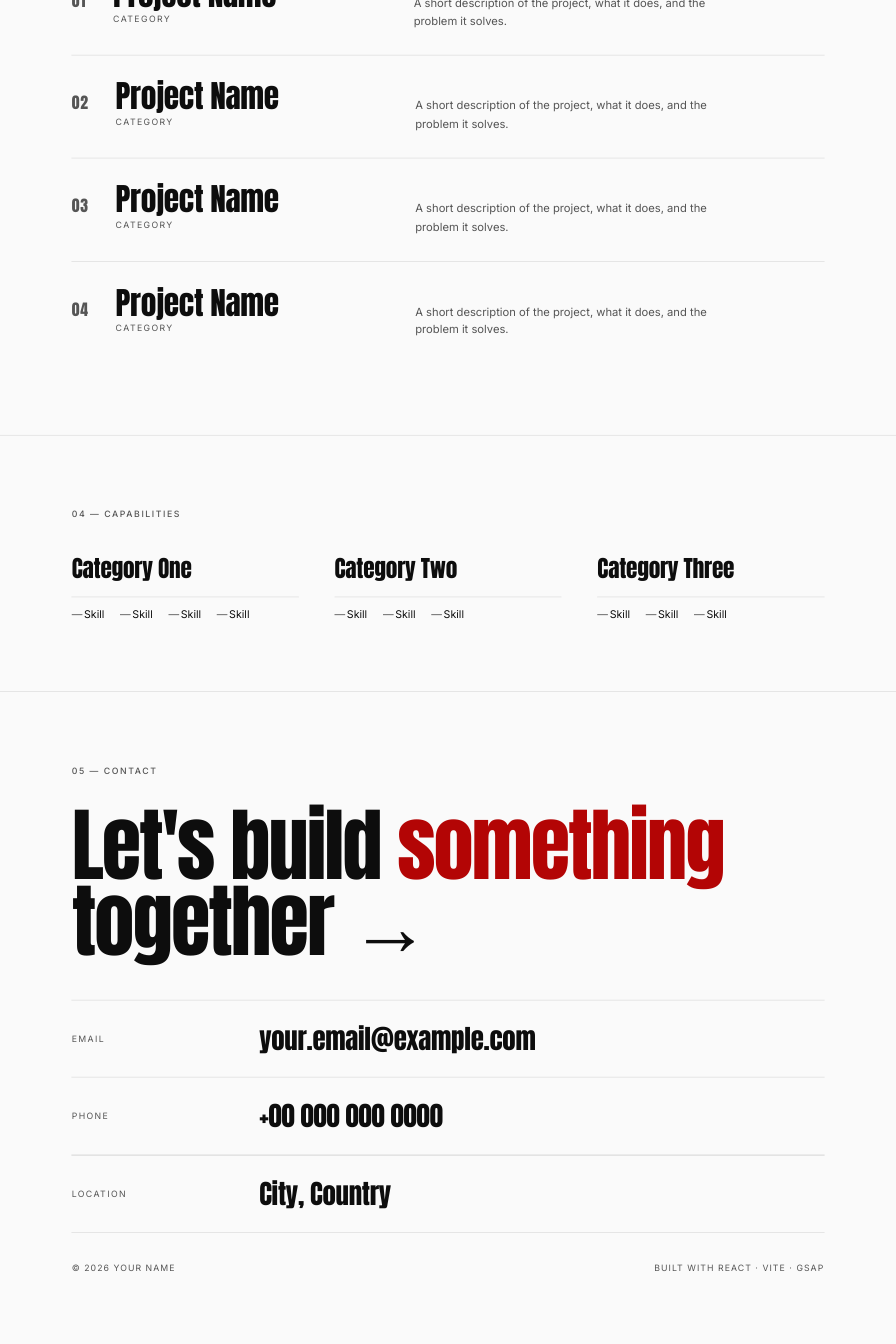
Repository: Ashok-B24/Dexter-portfolio
Page: /
These files come from the project's save history. The page is drawn as it stood at one moment and after the next save; the edit follows.
The browser window is 1280 px wide. The pictures show the part of the page from y = 2906 to 4826 px (the page is 4826 px tall), at 70% of full size.
The project was rebuilt for these pictures with package versions that can differ from the ones it lists, and the page was loaded fresh each time. Also part of the build but not shown: vite.config.js.

Above is the page before, as saved 2026-07-28 20:19:41.

After the next save:
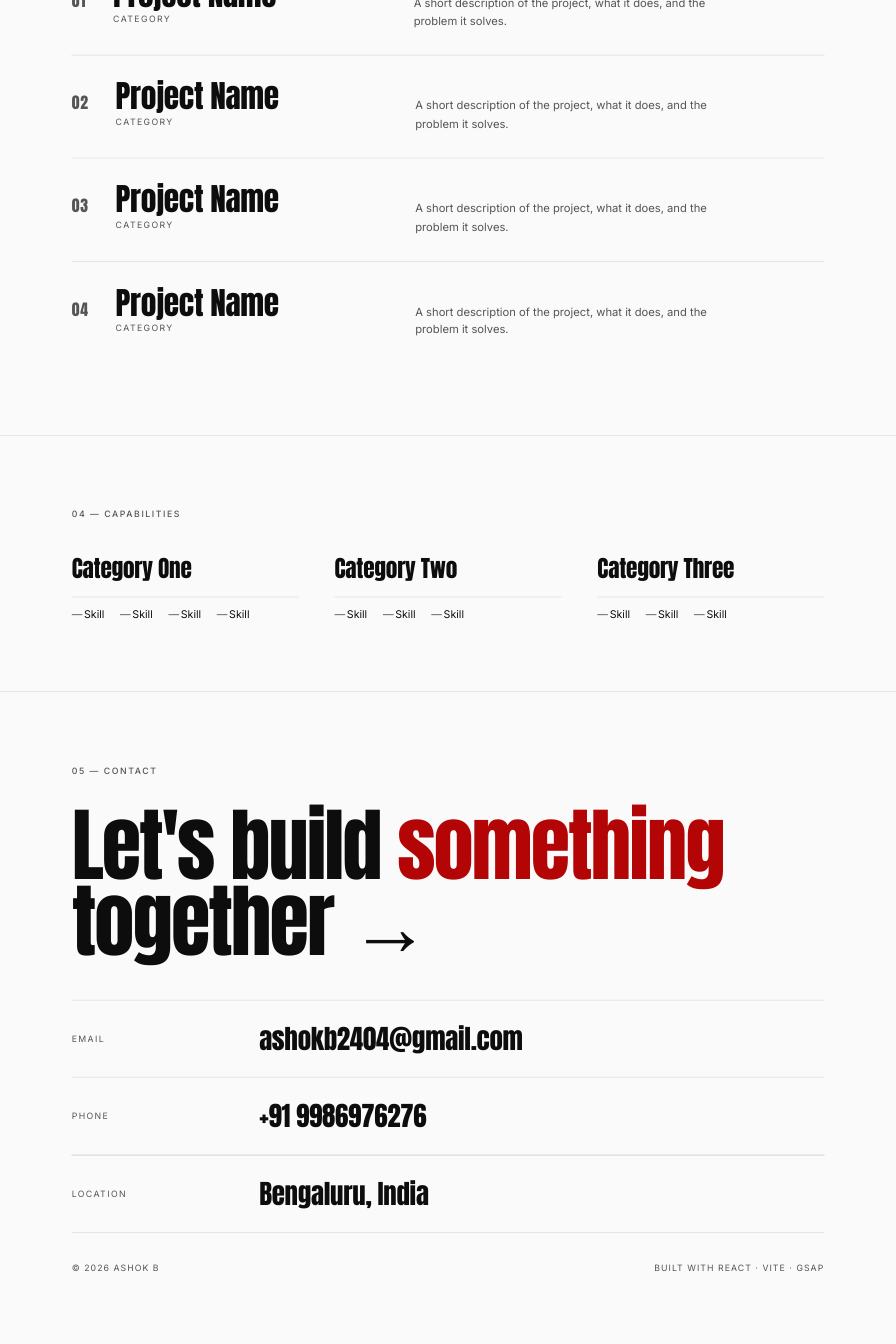
Saved 90 s later.
--- a/src/components/Contact.jsx
+++ b/src/components/Contact.jsx
@@ -12,22 +12,32 @@ export default function Contact() {
       </h2>
 
       <div className="contact__rows">
-        <a className="contact__row" href="mailto:" data-cursor="Email">
+        <a
+          className="contact__row"
+          href="mailto:ashokb2404@gmail.com"
+          data-cursor="Email"
+        >
           <span className="contact__key">Email</span>
-          <span className="contact__val">your.email@example.com</span>
+          <span className="contact__val">ashokb2404@gmail.com</span>
         </a>
-        <a className="contact__row" href="tel:" data-cursor="Call">
+
+        <a
+          className="contact__row"
+          href="tel:+919986976276"
+          data-cursor="Call"
+        >
           <span className="contact__key">Phone</span>
-          <span className="contact__val">+00 000 000 0000</span>
+          <span className="contact__val">+91 9986976276</span>
         </a>
+
         <div className="contact__row">
           <span className="contact__key">Location</span>
-          <span className="contact__val">City, Country</span>
+          <span className="contact__val">Bengaluru, India</span>
         </div>
       </div>
 
       <footer className="footer">
-        <span>© {new Date().getFullYear()} Your Name</span>
+        <span>© {new Date().getFullYear()} Ashok B</span>
         <span>Built with React · Vite · GSAP</span>
       </footer>
     </section>
